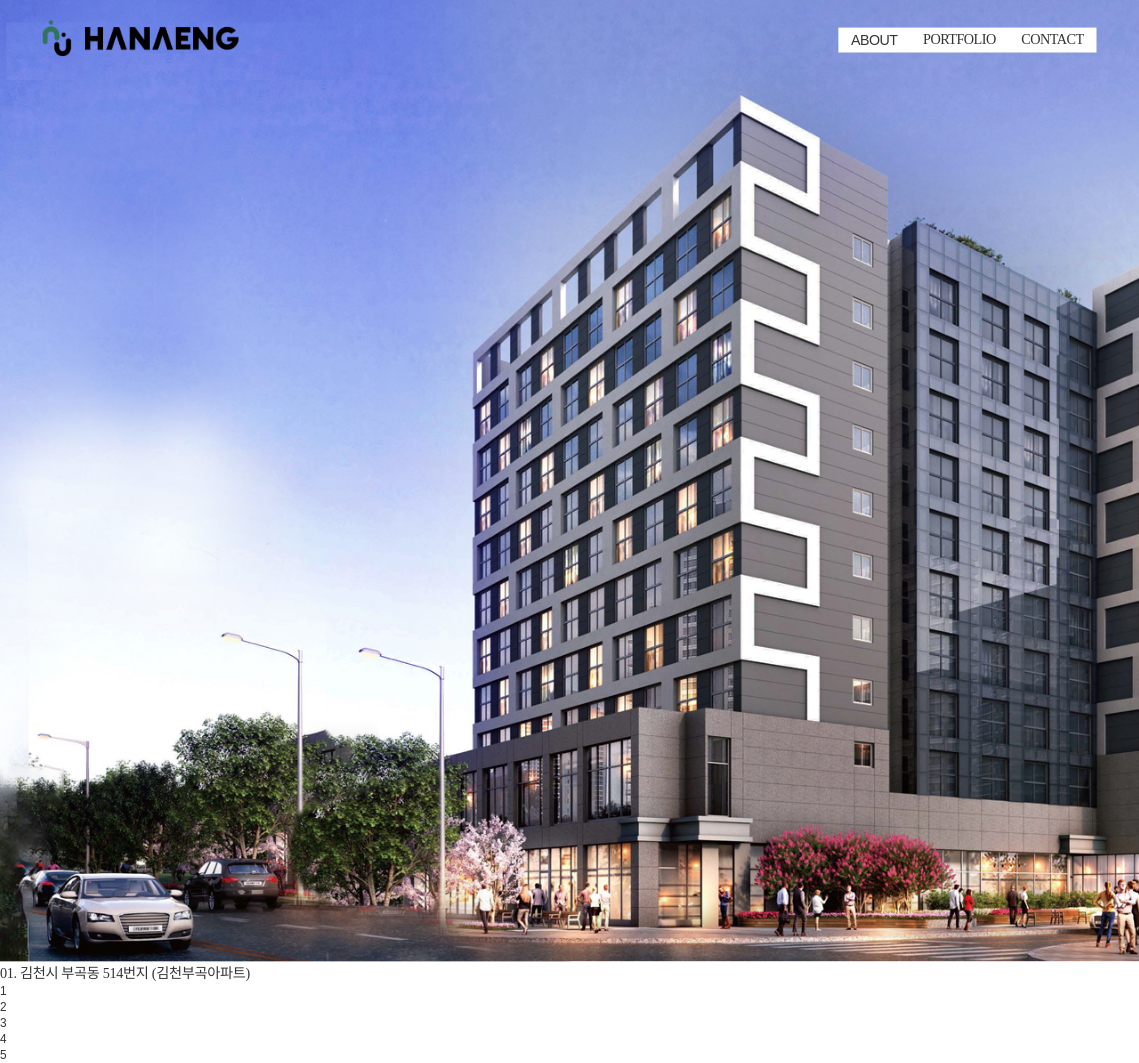
Repository: makeditWeb/hanaenc
Page: main.html
The author's editor kept a copy of each file at every save. The page is drawn from the files as they stood at one save, then again after the next save.
The browser window is 1280 px wide. The pictures show the whole page, at 89% of full size.
Some web libraries are served in a nearby version.

Above is the page before, as saved 2023-07-05 17:09:23.

### main.html
<!DOCTYPE html>
<html lang="en">
<head>
    <meta charset="UTF-8">
    <meta name="viewport" content="width=device-width, initial-scale=1.0">
    <title>Document</title>

    <link rel="stylesheet" href="./css/style.css">

    <link rel="stylesheet" type="text/css" href="//cdn.jsdelivr.net/npm/slick-carousel@1.8.1/slick/slick.css"/>
</head>
<body>
    <header id="nav-menu" aria-label="navigation bar">
        <div class="container">
            <div class="nav-start">
                <a class="logo" href="/">
                    <img src="./image/logo_b.png"alt="Logo" />
                </a>

            </div>



            <div class="nav-end">
                <nav class="menu">
                    <ul class="menu-bar">
                        <li>
                            <button class="nav-link dropdown-btn" data-dropdown="dropdown1" aria-haspopup="true"
                                aria-expanded="false" aria-label="discover">
                                ABOUT
                            </button>
                            <div id="dropdown1" class="dropdown">
                                <ul role="menu">
                                    <li>
                                        <span class="dropdown-link-title">Browse Categories</span>
                                    </li>
                                    <li role="menuitem">
                                        <a class="dropdown-link" href="#branding">Branding</a>
                                    </li>
                                    <li role="menuitem">
                                        <a class="dropdown-link" href="#illustrations">Illustration</a>
                                    </li>
                                </ul>
                            </div>
                        </li>
                        <li><a class="nav-link" href="/">PORTFOLIO</a></li>
                        <li><a class="nav-link" href="/">CONTACT</a></li>
                    </ul>
                </nav>
                <button id="hamburger" aria-label="hamburger" aria-haspopup="true" aria-expanded="false">
                    <i class="bx bx-menu" aria-hidden="true"></i>
                </button>
            </div>
        </div>
    </header>

    <section class="main">
        <div class="main-slide-wrap">
            <div class="main-slide">
                <img src="./image/main_slide1.jpg" alt="slide1">
                <p class="slide_title">01. 김천시 부곡동 514번지 (김천부곡아파트)</p>
            </div>
            <div class="main-slide">
                <img src="./image/main_slide2.jpg" alt="slide1">
                <p class="slide_title">01. 김천시 부곡동 514번지 (김천부곡아파트)</p>
            </div>
            <div class="main-slide">
                <img src="./image/main_slide3.jpg" alt="slide1">
                <p class="slide_title">01. 김천시 부곡동 514번지 (김천부곡아파트)</p>
            </div>
            <div class="main-slide">
                <img src="./image/main_slide4.jpg" alt="slide1">
                <p class="slide_title">01. 김천시 부곡동 514번지 (김천부곡아파트)</p>
            </div>
            <div class="main-slide">
                <img src="./image/main_slide5.jpg" alt="slide1">
                <p class="slide_title">01. 김천시 부곡동 514번지 (김천부곡아파트)</p>
            </div>
        </div>
    </section>
</body>

<script type="text/javascript" src="//code.jquery.com/jquery-1.11.0.min.js"></script>
<script type="text/javascript" src="//cdn.jsdelivr.net/npm/slick-carousel@1.8.1/slick/slick.min.js"></script>
<script src="./js/main.js"></script>

<script>
    $(document).ready(function () {
        $('.main-slide-wrap').slick({
            infinite: true,
            slidesToShow: 1,
            dots: true,
            arrows:false,
        });
    });
</script>
</html>

### css/style.css
* {
    margin: 0;
    padding: 0;
    box-sizing: border-box;
}

:root {
    --dark-grey: #333333;
    --medium-grey: #636363;
    --light-grey: #eeeeee;
    --ash: #f4f4f4;
    --primary-color: #2b72fb;
    --white: white;
    --border: 1px solid var(--light-grey);
    --shadow: rgba(0, 0, 0, 0.05) 0px 6px 24px 0px,
        rgba(0, 0, 0, 0.08) 0px 0px 0px 1px;
}

body {
    font-family: inherit;
    color: var(--dark-grey);
    letter-spacing: -0.4px;
}

ul {
    list-style: none;
}

a {
    text-decoration: none;
    color: inherit;
}

button {
    border: none;
    background-color: transparent;
    cursor: pointer;
    color: inherit;
}

.btn {
    display: block;
    background-color: var(--primary-color);
    color: var(--white);
    text-align: center;
    padding: 0.6rem 1.4rem;
    font-size: 1rem;
    font-weight: 500;
    border-radius: 5px;
}


.logo {
    width: 220px;
    height: auto;
}

.logo img{
    width: 100%;
    height: 100%;
}

#nav-menu {
    background-color: transparent;
    position: fixed;
    top: 0;
    left: 0;
    height: 100px;
    width: 100%;
    z-index: 9;
}

.container {
    display: flex;
    align-items: center;
    justify-content: space-between;
    column-gap: 2rem;
    height: 90px;
    padding: 1.2rem 3rem;
}

.menu {
    position: relative;
    background: var(--white);
}



.menu-bar li:first-child ul:nth-child(1) {
    border-right: var(--border);
}

.menu-bar li:nth-child(n + 2) ul:nth-child(1) {
    border-bottom: var(--border);
}

.menu-bar .dropdown-link-title {
    font-weight: 600;
}

.menu-bar .nav-link {
    font-size: 1rem;
    font-weight: 500;
    letter-spacing: -0.6px;
    padding: 0.3rem;
    min-width: 60px;
    margin: 0 0.6rem;
}

.menu-bar .nav-link:hover,
.dropdown-link:hover {
    color: var(--primary-color);
}

.nav-start,
.nav-end,
.menu-bar,
.right-container,
.right-container .search {
    display: flex;
    align-items: center;
}

.dropdown {
    display: flex;
    flex-direction: column;
    min-width: 230px;
    background-color: var(--white);
    border-radius: 10px;
    position: absolute;
    top: 36px;
    z-index: 1;
    visibility: hidden;
    opacity: 0;
    transform: scale(0.97) translateX(-5px);
    transition: 0.1s ease-in-out;
    box-shadow: var(--shadow);
}

.dropdown.active {
    visibility: visible;
    opacity: 1;
    transform: scale(1) translateX(5px);
}

.dropdown ul {
    display: flex;
    flex-direction: column;
    gap: 0.5rem;
    padding: 1.2rem;
    font-size: 0.95rem;
}

.dropdown-btn {
    display: flex;
    align-items: center;
    justify-content: space-between;
    gap: 0.15rem;
}

.dropdown-link {
    display: flex;
    gap: 0.5rem;
    padding: 0.5rem 0;
    border-radius: 7px;
    transition: 0.1s ease-in-out;
}

.dropdown-link p {
    font-size: 0.8rem;
    color: var(--medium-grey);
}

.right-container {
    display: flex;
    align-items: center;
    column-gap: 1rem;
}

.right-container .search {
    position: relative;
}

.right-container img {
    border-radius: 50%;
}

.search input {
    background-color: var(--ash);
    border: none;
    border-radius: 6px;
    padding: 0.7rem;
    padding-left: 2.4rem;
    font-size: 16px;
    width: 100%;
    border: var(--border);
}

.search .bx-search {
    position: absolute;
    left: 10px;
    top: 50%;
    font-size: 1.3rem;
    transform: translateY(-50%);
    opacity: 0.6;
}

#hamburger {
    display: none;
    padding: 0.1rem;
    margin-left: 1rem;
    font-size: 1.9rem;
}

@media (max-width: 1100px) {
    #hamburger {
        display: block;
    }

    .container {
        padding: 1.2rem;
    }

    .menu {
        display: none;
        position: absolute;
        top: 87px;
        left: 0;
        min-height: 100vh;
        width: 100vw;
    }

    .menu-bar li:first-child ul:nth-child(1) {
        border-right: none;
        border-bottom: var(--border);
    }

    .dropdown {
        display: none;
        min-width: 100%;
        border: none !important;
        border-radius: 5px;
        position: static;
        top: 0;
        left: 0;
        visibility: visible;
        opacity: 1;
        transform: none;
        box-shadow: none;
    }

    .menu.show,
    .dropdown.active {
        display: block;
    }

    .dropdown ul {
        padding-left: 0.3rem;
    }

    .menu-bar {
        display: flex;
        flex-direction: column;
        align-items: stretch;
        row-gap: 1rem;
        padding: 1rem;
    }

    .menu-bar .nav-link {
        display: flex;
        justify-content: space-between;
        width: 100%;
        font-weight: 600;
        font-size: 1.2rem;
        margin: 0;
    }

    .menu-bar li:first-child .dropdown {
        min-width: 100%;
    }

    .menu-bar>li:not(:last-child) {
        padding-bottom: 0.5rem;
        border-bottom: var(--border);
    }
}

@media (max-width: 600px) {
    .right-container {
        display: none;
    }
}

### js/main.js


// main

const dropdownBtn = document.querySelectorAll(".dropdown-btn");
const dropdown = document.querySelectorAll(".dropdown");
const hamburgerBtn = document.getElementById("hamburger");
const navMenu = document.querySelector(".menu");
const links = document.querySelectorAll(".dropdown a");

function setAriaExpandedFalse() {
  dropdownBtn.forEach((btn) => btn.setAttribute("aria-expanded", "false"));
}

function closeDropdownMenu() {
  dropdown.forEach((drop) => {
    drop.classList.remove("active");
    drop.addEventListener("click", (e) => e.stopPropagation());
  });
}

function toggleHamburger() {
  navMenu.classList.toggle("show");
}

dropdownBtn.forEach((btn) => {
  btn.addEventListener("click", function (e) {
    const dropdownIndex = e.currentTarget.dataset.dropdown;
    const dropdownElement = document.getElementById(dropdownIndex);

    dropdownElement.classList.toggle("active");
    dropdown.forEach((drop) => {
      if (drop.id !== btn.dataset["dropdown"]) {
        drop.classList.remove("active");
      }
    });
    e.stopPropagation();
    btn.setAttribute(
      "aria-expanded",
      btn.getAttribute("aria-expanded") === "false" ? "true" : "false"
    );
  });
});

// close dropdown menu when the dropdown links are clicked
links.forEach((link) =>
  link.addEventListener("click", () => {
    closeDropdownMenu();
    setAriaExpandedFalse();
    toggleHamburger();
  })
);

// close dropdown menu when you click on the document body
document.documentElement.addEventListener("click", () => {
  closeDropdownMenu();
  setAriaExpandedFalse();
});

// close dropdown when the escape key is pressed
document.addEventListener("keydown", (e) => {
  if (e.key === "Escape") {
    closeDropdownMenu();
    setAriaExpandedFalse();
  }
});

// toggle hamburger menu
hamburgerBtn.addEventListener("click", toggleHamburger);

After the next save:
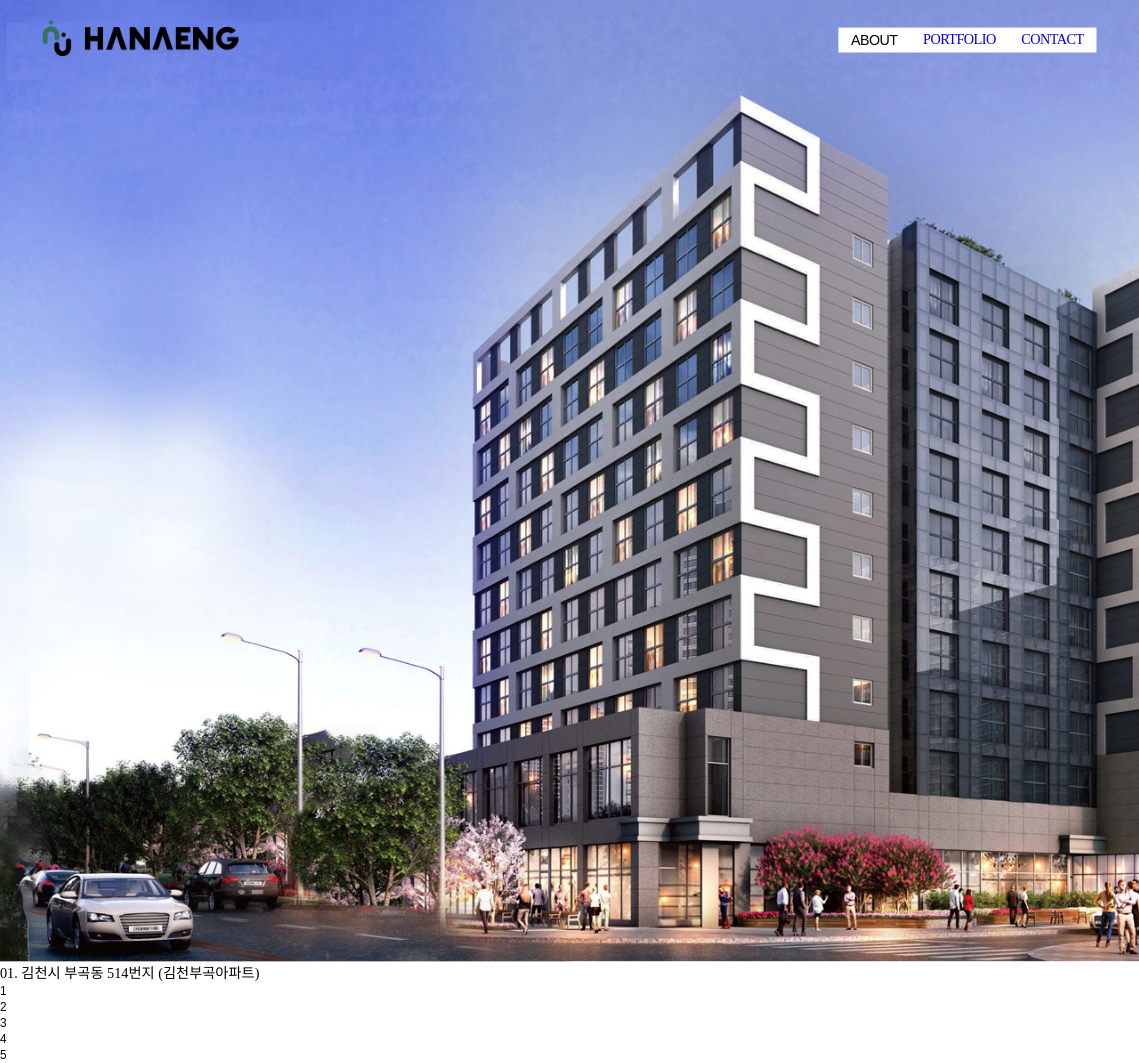
Saved 2 min 10 s later.
--- a/css/style.css
+++ b/css/style.css
@@ -18,8 +18,7 @@
 
 body {
     font-family: inherit;
-    color: var(--dark-grey);
-    letter-spacing: -0.4px;
+
 }
 
 ul {
@@ -28,14 +27,12 @@
 
 a {
     text-decoration: none;
-    color: inherit;
 }
 
 button {
     border: none;
     background-color: transparent;
     cursor: pointer;
-    color: inherit;
 }
 
 .btn {
